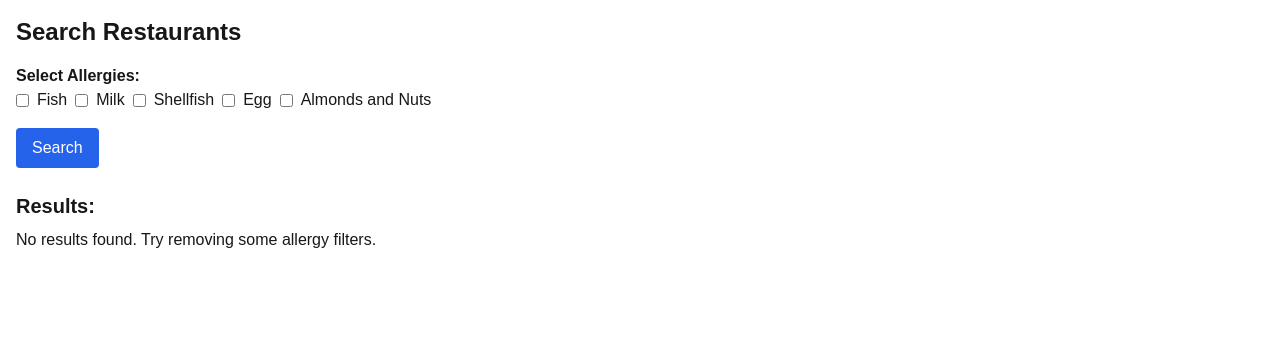
Repository: komuro-zero/ramen_dashboard
Page: /
The author's editor kept a copy of each file at every save. The page is drawn from the files as they stood at one save, then again after the next save.
The browser window is 1280 px wide. The pictures show the whole page.
The project was rebuilt for these pictures with package versions that can differ from the ones it lists, and the page was loaded fresh each time. The framework's server and built-in components were replaced by stand-ins that run in the browser. Also part of the build but not shown: next.config.ts.

Above is the page before, as saved 2025-01-20 22:11:43.

After the next save:
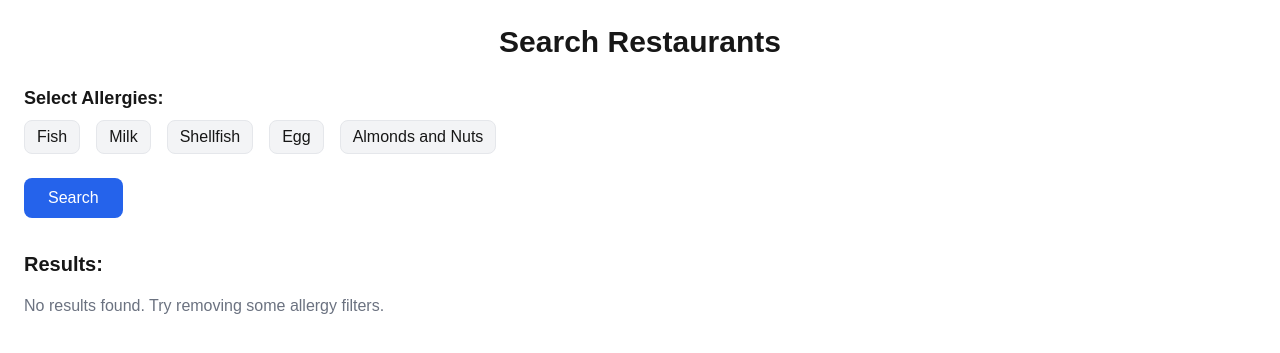
Saved 115 s later.
--- a/app/page.tsx
+++ b/app/page.tsx
@@ -1,4 +1,5 @@
-"use client"
+"use client";
+
 import { useState } from "react";
 
 export default function SearchPage() {
@@ -24,19 +25,23 @@ export default function SearchPage() {
   };
 
   return (
-    <div className="p-4">
-      <h1 className="text-2xl font-bold mb-4">Search Restaurants</h1>
+    <div className="p-6">
+      <h1 className="text-3xl font-bold mb-6 text-center">Search Restaurants</h1>
 
-      <div className="mb-4">
-        <h2 className="font-semibold">Select Allergies:</h2>
-        <div className="flex flex-wrap gap-2">
+      <div className="mb-6">
+        <h2 className="text-lg font-semibold mb-2">Select Allergies:</h2>
+        <div className="flex flex-wrap gap-4">
           {allergyOptions.map((allergy) => (
-            <label key={allergy} className="flex items-center gap-2">
+            <label
+              key={allergy}
+              className="flex items-center gap-2 px-3 py-1 border rounded-lg cursor-pointer bg-gray-100 hover:bg-gray-200"
+            >
               <input
                 type="checkbox"
                 value={allergy}
                 checked={allergies.includes(allergy)}
                 onChange={() => toggleAllergy(allergy)}
+                className="hidden"
               />
               {allergy}
             </label>
@@ -46,35 +51,49 @@ export default function SearchPage() {
 
       <button
         onClick={fetchResults}
-        className="px-4 py-2 bg-blue-600 text-white rounded"
+        className="px-6 py-2 bg-blue-600 text-white rounded-lg hover:bg-blue-700"
       >
         Search
       </button>
 
-      <div className="mt-6">
-        <h2 className="text-xl font-semibold mb-2">Results:</h2>
+      <div className="mt-8">
+        <h2 className="text-xl font-semibold mb-4">Results:</h2>
         {results.length > 0 ? (
-          <ul>
+          <div className="grid grid-cols-1 md:grid-cols-2 lg:grid-cols-3 gap-6">
             {results.map((shop) => (
-              <li key={shop.id} className="mb-4">
-                <h3 className="font-bold text-lg">{shop.name}</h3>
-                <p>{shop.address}</p>
-                <ul>
+              <div
+                key={shop.id}
+                className="border rounded-lg shadow-md p-4 bg-white"
+              >
+                <h3 className="text-lg font-bold mb-2">{shop.name}</h3>
+                <p className="text-gray-500 mb-4">{shop.address}</p>
+                <h4 className="text-md font-semibold mb-2">Ramen Bowls:</h4>
+                <ul className="space-y-2">
                   {shop.ramen.map((bowl) => (
                     <li
                       key={bowl.id}
-                      className={`${bowl.allergens.length > 0 ? "text-red-500" : "text-green-500"
+                      className={`p-2 rounded-lg ${bowl.allergens.length > 0
+                        ? "bg-red-100 text-red-600"
+                        : "bg-green-100 text-green-600"
                         }`}
                     >
-                      {bowl.name} {bowl.allergens.length > 0 && "(Avoid due to allergens)"}
+                      <div className="font-medium">{bowl.name}</div>
+                      {bowl.allergens.length > 0 && (
+                        <div className="text-sm">
+                          Allergens: {bowl.allergens.map((a) => a.name).join(", ")}
+                        </div>
+                      )}
+                      {bowl.allergens.length === 0 && (
+                        <div className="text-sm">No allergens 🎉</div>
+                      )}
                     </li>
                   ))}
                 </ul>
-              </li>
+              </div>
             ))}
-          </ul>
+          </div>
         ) : (
-          <p>No results found. Try removing some allergy filters.</p>
+          <p className="text-gray-500">No results found. Try removing some allergy filters.</p>
         )}
       </div>
     </div>
